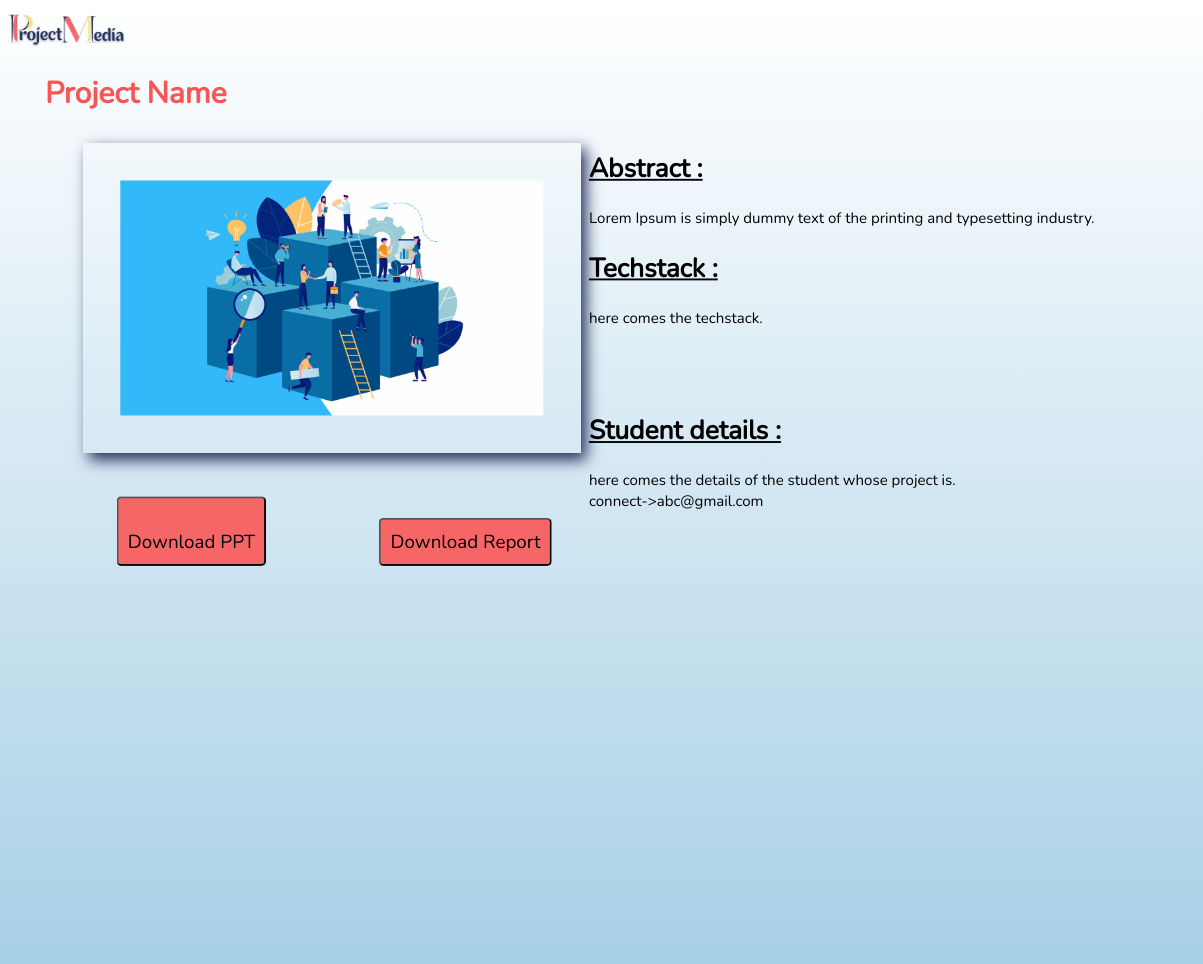
Repository: Sanskriti002/Projectpage
Page: index.html
These files come from the project's save history. The page is drawn as it stood at one moment and after a run of saves; the edit follows.
The browser window is 1280 px wide. The pictures show the whole page, at 94% of full size.

Above is the page before, as saved 2023-09-21 11:56:07.

### index.html
<!DOCTYPE html>
<html lang="en">
<head>
    <meta charset="UTF-8">
    <meta name="viewport" content="width=device-width, initial-scale=1.0">
    <title>Projects</title>
    <link rel="preconnect" href="https://fonts.googleapis.com">
<link rel="preconnect" href="https://fonts.gstatic.com" crossorigin>
<link href="https://fonts.googleapis.com/css2?family=Montserrat:wght@300;400;900&family=Nunito&family=Ubuntu&display=swap" rel="stylesheet">
<link rel="stylesheet" href="style.css">
</head>
<body>
    <div>
        <img src="logoss.png" alt="logos">
    </div>
    <div>
        <h1>Project Name</h1>
    </div>
    <section class="project">
        <img src="project.jpg" alt="projectimage">
    </section>
    <section>
        <button type="button" class="btn" onclick="alert('Downloaded')"> <h3></h3>Download PPT</button>
        <button type="button" class="btn" onclick="alert('Downloaded')">Download Report</button>
    </section>
    <section class="content">
        <h2><u>Abstract :</u></h2></h2>
        <p>Lorem Ipsum is simply dummy text of the printing and typesetting industry.
            </p>
        <h2><u>Techstack :</u></h2>
        <p>here comes the techstack.<br>
        <br><br><br>
    </p>
        <h2><u>Student details :</u></h2>
        <p>here comes the details of the student whose project is.<br>
            connect->abc@gmail.com
        </p>


    </section>

</body>
</html>

### style.css
*{
    font-family: 'Nunito', sans-serif;

}
body{
    background:linear-gradient(white,#a8d0e6) ;
}
img {

    margin:0px;
    padding:0px;
    width:10%;
}
h1 {
    margin-left:40px;
    color:#f85656;
    font-size:32px;
}
.project img {
    width:450px;
    height:250px;
    padding: 40px;
    box-shadow: 7px 7px  15px  #24305e;
    margin-left:80px;
    margin-top: 10px;
    display:inline-flex;



}

.btn {
    background-color:#f66666;
    border-radius: 5px;
    color:black;
    text-align: center;
    text-decoration:none;
    display:inline-block;
    font-size:20px;
    padding: 10px;
    margin-left: 116px;
    margin-top: 40px;
    cursor:pointer;

}

.btn:hover {

}

.content {
    float:right;
    text-align: left;
    transform:translate(-20%,-110%);

}

.content h2{
    font-size: 28px;
}
.student {
    float:right;
}

After the next 2 saves:
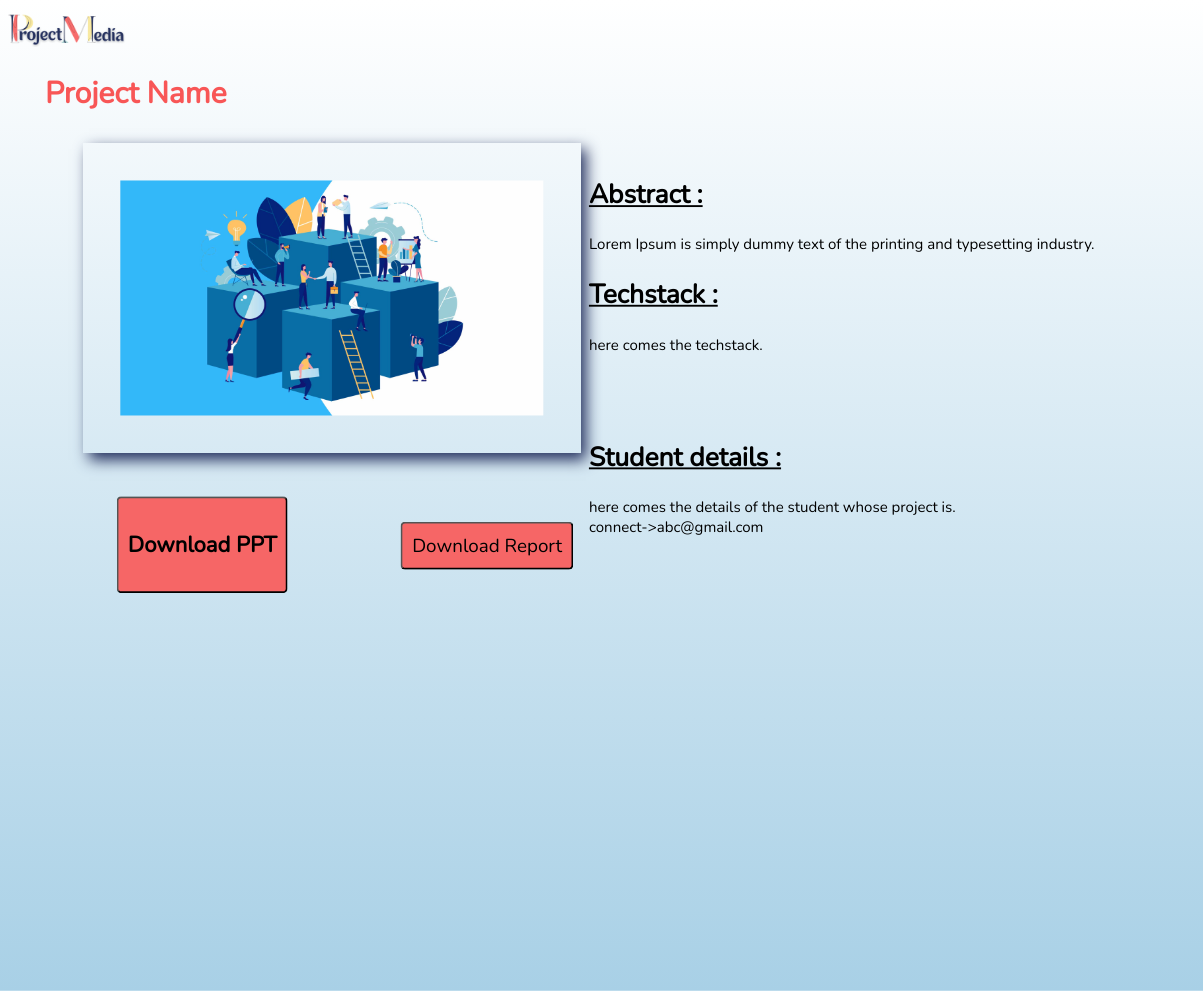
The 2 saves are shown as one change because they came seconds apart.
The last was saved 15 s later.
--- a/index.html
+++ b/index.html
@@ -20,7 +20,7 @@
         <img src="project.jpg" alt="projectimage">
     </section>
     <section>
-        <button type="button" class="btn" onclick="alert('Downloaded')"> <h3></h3>Download PPT</button>
+        <button type="button" class="btn" onclick="alert('Downloaded')"> <h3>Download PPT</h3></button>
         <button type="button" class="btn" onclick="alert('Downloaded')">Download Report</button>
     </section>
     <section class="content">
